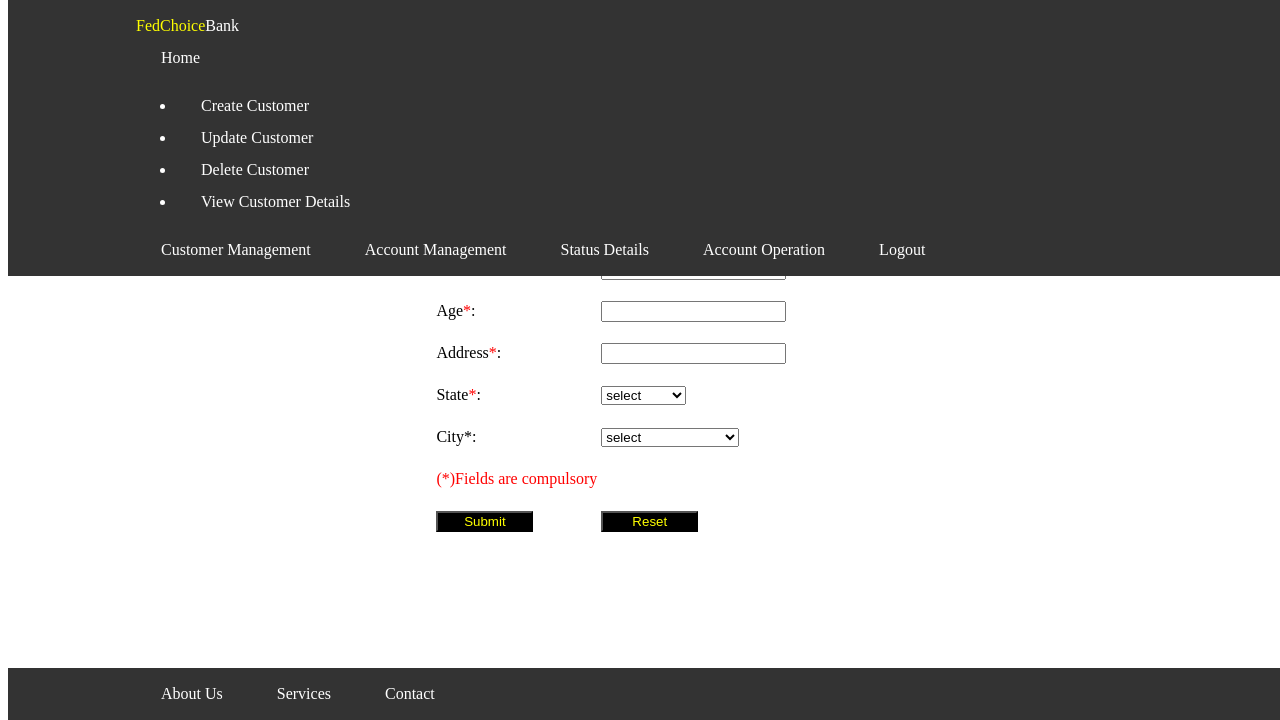
Repository: gopikavinod/RBM
Page: http://localhost/Retail_Bank_Management/userLogged.jsp
These files come from the project's save history. The page is drawn as it stood at one moment and after the next save; the edit follows.
The browser window is 1280 px wide. The pictures show the whole page.
The page is served by Tomcat 9. Other server files are loaded and not shown.

Above is the page before, as saved 2020-06-16 08:17:27.

### eclipse-workspace/Retail Bank Management/WebContent/userLogged.jsp
<%@page import="com.bean.LoginServlet"%>
<%@ page language="java"
         contentType="text/html; charset=windows-1256"
         pageEncoding="windows-1256"
         import="com.bean.UserBean"

   %>

   <!DOCTYPE html PUBLIC "-//W3C//DTD HTML 4.01 Transitional//EN"
   "http://www.w3.org/TR/html4/loose.dtd">

   <html>

      <head>
         <meta http-equiv="Content-Type"
            content="text/html; charset=windows-1256">
     <%--  <% String message = (String)request.getAttribute("alertMsg");%>
	<script type="text/javascript">
    var msg = "<%=message%>";
    alert(msg);
</script> --%>
   <title>FedChoice Bank</title>
<style>
    /* Add some padding on document's body to prevent the content
    to go underneath the header and footer */
    body{
        padding-top: 60px;
        padding-bottom: 40px;
    }
    .container{
        width: 80%;
        margin: 0 auto; /* Center the DIV horizontally */
    }
    .fixed-header, .fixed-footer{
        width: 100%;
        position: fixed;
        background: #333;
        padding: 10px 0;
        color: #fff;
    }
    .fixed-header{
        top: 0;
    }
    .fixed-footer{
        bottom: 0;
    }
    /* Some more styles to beutify this example */
    nav a{
        color: #fff;
        text-decoration: none;
        padding: 7px 25px;
        display: inline-block;
    }
    .container p{
        line-height: 200px; /* Create scrollbar to test positioning */
    }
    p.detail
    {
    color:yellow;
    line-height: 0px;
    }
    span.name{
    	color:white;
    }
    tr
    {
    height: 40px;
    }
    span.aestric
    {
    color: red;
    }
</style>
</head>
<body>
    <div class="fixed-header">
        <div class="container">
            <nav>
          <p class="detail">FedChoice<span class="name">Bank</span></p>
                <a href="#">Home</a>
                 <ul class="dropdown-menu">
      <li><a href="#">Create Customer</a></li>
      <li><a href="#">Update Customer</a></li>
      <li><a href="#">Delete Customer</a></li>
       <li><a href="#">View Customer Details</a></li>

    </ul>
                <a href="#">Customer Management</a>
                <a href="#">Account Management</a>
                <a href="#">Status Details</a>
                <a href="#">Account Operation</a>
                <a href="#">Logout</a>
            </nav>
        </div>
    </div>
    <div class="container">
    <p>
    	<form action="CustomerServlet" name="createCustomer" enctype="multipart/form-data" style="margin-top: 95px;
    margin-left: 299px;" >
    <table>
<tr >
<td>Customer SSNID<span class="aestric">*</span>:</td>
<td><input type="text" id="cssnid" name="customerssnid" value="" > </td>
</tr>
<tr >
<td>Customer ID<span class="aestric">*</span>:</td>
<td><input type="text" id="custid" name="customerid" value=""> </td>
</tr>
<tr>
<td>Customer Name<span class="aestric">*</span>:</td>
<td><input type="text" id="cname" name="customername" value="" required="required"> </td>
</tr>
<tr>
<td>Age<span class="aestric">*</span>:</td>
<td><input type="number" id="age" name="customerage" value="" required="required"></td>
</tr>
<tr>
<td>Address<span class="aestric">*</span>:</td>
<td> <input type="text" id="address" name="customeraddress" value="" required="required"></td>
</tr>
<tr>
<td>State<span class="aestric">*</span>:</td>
<td> <select name="state" id="state">
<option value="select">select</option>
  <option value="Kerala">Kerala</option>
  <option value="TamilNadu">TamilNadu</option>
  <option value="Karnataka">Karnataka</option>
  <option value="Delhi">Delhi</option>
</select>
</td>
</tr>
<tr>
<td>City*:</td>
<td> <select name="city" id="city">
<option value="select">select</option>
  <option value="Ernakulam">Ernakulam</option>
  <option value="Thrissur">Thrissur</option>
  <option value="Palakkad">Palakkad</option>
  <option value="Thiruvanathapuram">Thiruvanathapuram</option>
</select>
</td>
</tr>
<tr >
<td style="color: red;"> (*)Fields are compulsory</td>

</tr>

<tr colspan="1">
<td><input type="submit" value="Submit" style="background-color: black;color: yellow ;width:97px"></td>
<td><input type="reset" value="Reset" style="background-color: black;color: yellow ;width:97px"></td>
</tr>

</table>

    	</form>
    	</p>
    	    </div>
    <div class="fixed-footer">
        <div class="container">
        <nav>

                <a href="#">About Us</a>
                <a href="#">Services</a>
                <a href="#">Contact</a>
        </nav>
        </div>
    </div>
</body>
   </html>

After the next save:
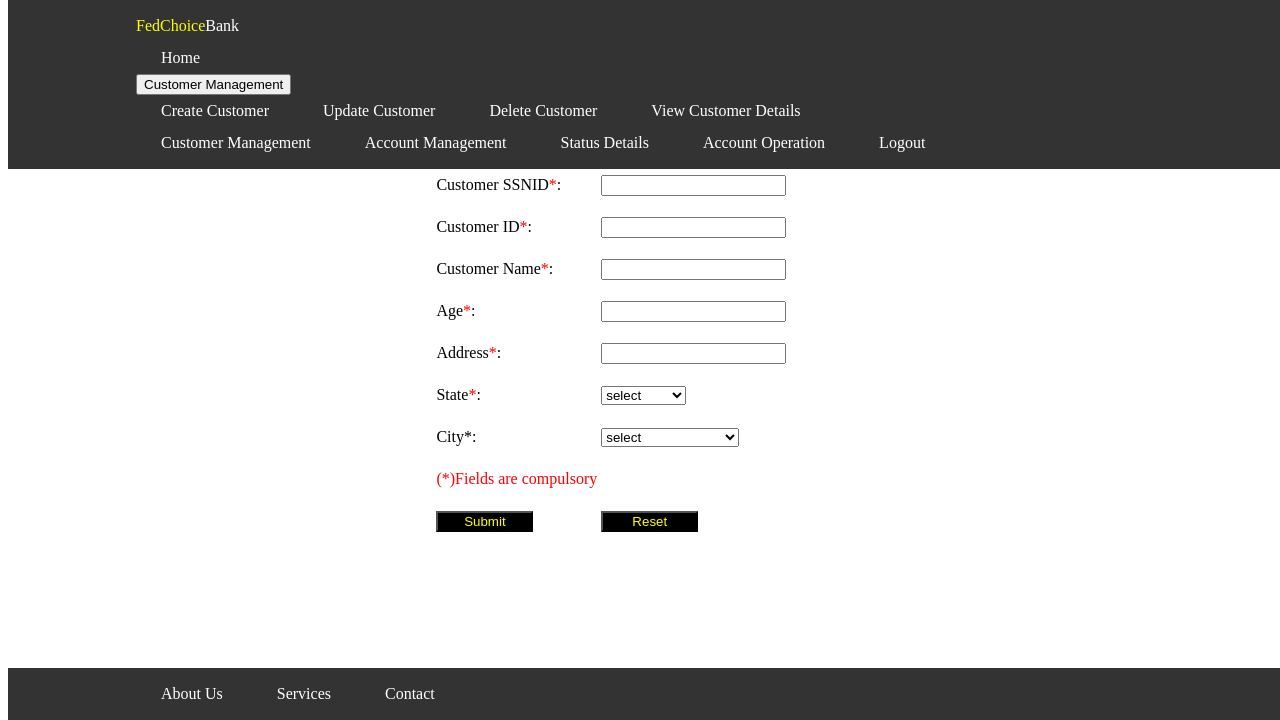
Saved 4 min 37 s later.
--- a/eclipse-workspace/Retail Bank Management/WebContent/userLogged.jsp
+++ b/eclipse-workspace/Retail Bank Management/WebContent/userLogged.jsp
@@ -78,13 +78,17 @@
             <nav>
           <p class="detail">FedChoice<span class="name">Bank</span></p>
                 <a href="#">Home</a>
-                 <ul class="dropdown-menu">
-      <li><a href="#">Create Customer</a></li>
-      <li><a href="#">Update Customer</a></li>
-      <li><a href="#">Delete Customer</a></li>
-       <li><a href="#">View Customer Details</a></li>
-
-    </ul>
+                <div class="dropdown">
+    <button class="dropbtn">Customer Management
+      <i class="fa fa-caret-down"></i>
+    </button>
+    <div class="dropdown-content">
+      <a href="#">Create Customer</a>
+      <a href="#">Update Customer</a>
+      <a href="#">Delete Customer</a>
+      <a href="#">View Customer Details</a>
+    </div>
+  </div>
                 <a href="#">Customer Management</a>
                 <a href="#">Account Management</a>
                 <a href="#">Status Details</a>
